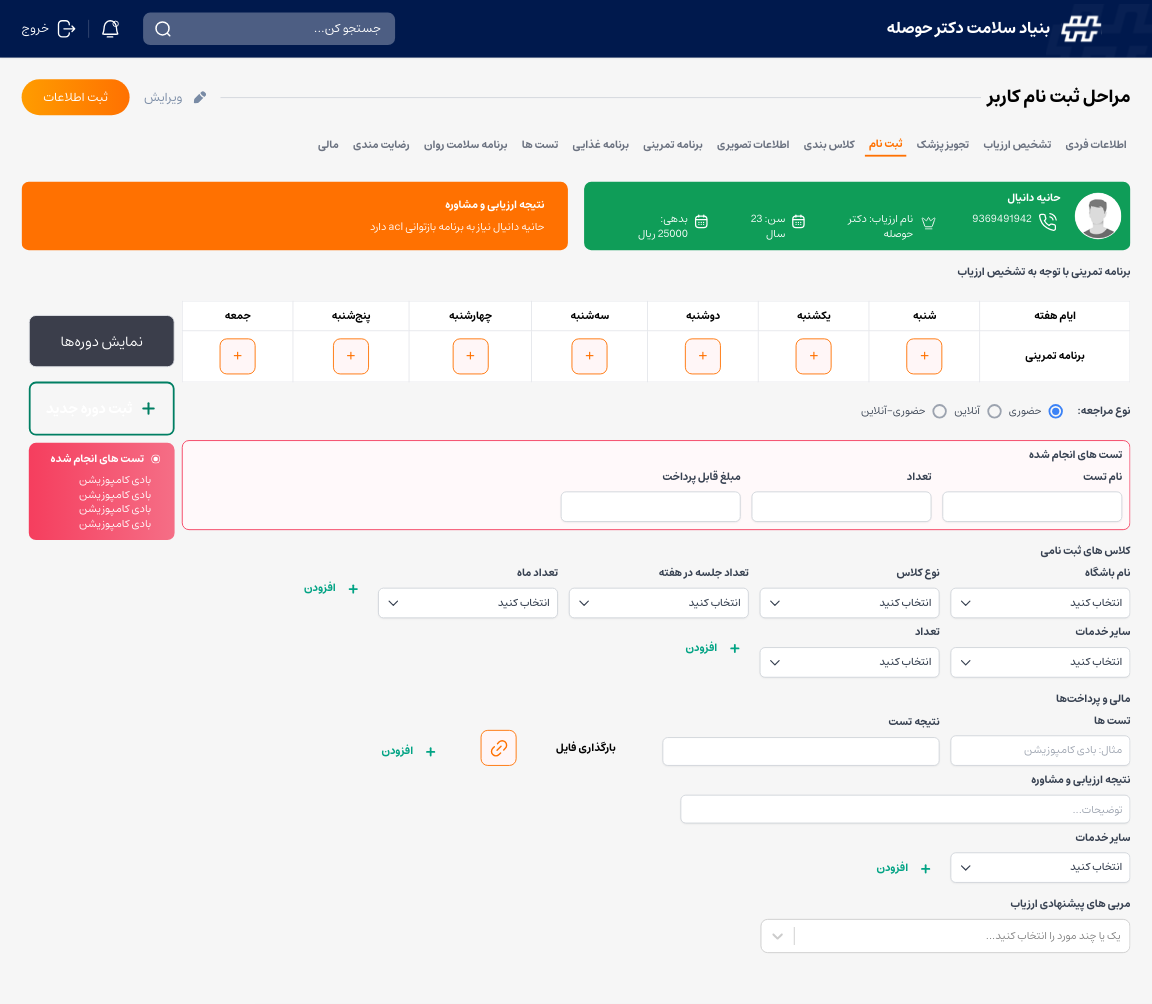
Repository: mirnajafi/ERP_hoseleh_V1.0
Page: /register, after clicking the first element matching `div.flex > :nth-child(4)`
An editor plug-in stored every save of this project. The page is shown before and after a run of saves, followed by the edit.
The browser window is 1280 px wide. The pictures show the whole page, at 90% of full size.
Some web fonts or font styles are not loaded; a fallback is used. The project was rebuilt for these pictures with package versions that can differ from the ones it lists, and the page was loaded fresh each time. The framework's server and built-in components were replaced by stand-ins that run in the browser. Also part of the build but not shown: next.config.mjs, src/components/icons/trash.tsx, src/components/weekTable/weekTable.css, src/components/icons/copy.tsx, src/components/recognitionEvaluator/recognitionEvaluator.tsx.

Above is the page before, as saved 2025-03-01 00:01:19.

### src/app/layout.tsx
/* eslint-disable @next/next/no-img-element */
import type { Metadata } from "next";
import Header from "@/components/layout/Header";
import "@/app/globals.css";


export const metadata: Metadata = {
  title: "دکتر حوصله",
  description: "بنیاد سلامت دکتر حوصله",
};

export default function RootLayout({ children }: { children: React.ReactNode }) {
  return (
    <html lang="fa" dir="rtl">
      <body className="bg-dashboard-bg min-h-screen">
        {/* Header includes SidebarToggle, so no need to add Sidebar separately */}
        <Header />
        {/* Main Content Area */}
        <main className="transition-all duration-300 mt-16 p-6">
          {children}
        </main>

      </body>
    </html>
  );
}

### src/app/globals.css
@tailwind base;
@tailwind components;
@tailwind utilities;

@font-face {
  font-family: 'Estedad';
  src: url('/fonts/Estedad-Regular.woff2') format('woff2');
  font-weight: normal;
  font-style: normal;
  font-display: swap;
}

@font-face {
  font-family: 'Estedad';
  src: url('/fonts/Estedad-Bold.woff2') format('woff2');
  font-weight: bold;
  font-style: normal;
  font-display: swap;
}

@font-face {
  font-family: 'Estedad';
  src: url('/fonts/Estedad-Medium.woff2') format('woff2');
  font-weight: 500;
  font-style: normal;
  font-display: swap;
}

@font-face {
  font-family: 'Estedad';
  src: url('/fonts/Light.woff2') format('woff2');
  font-weight: 400;
  font-style: normal;
  font-display: swap;
}

@layer base {
  html {
    font-family: 'Estedad'
  }
}

### src/components/registration/registration.tsx
import Select from "react-select/base";
import WeekTable from "../weekTable/weekTable";
import TransparentBtn from "../transparentBtn/transparentBtn";
import Dropdown from "../dropdown/dropdown";
import InputDescription from "../inputDescription/inputDescription";
import FileUploader from "../fileUploader/fileUploader";
import Input from "../input/input";
import InformationUserBox from "../informationUserBox/informationUserBox";
import { useState } from "react";
import ResultBox from "../resultBox/resultBox";
import PlusIcon from "../icons/plus";
import LeftSideBox from "../leftSideBox/leftSideBox";
import RadioButton from "../radioBtn/radioBtn";

const Registration = () => {

    const [selectedOptions, setSelectedOptions] = useState([]);


    const handleSelect = (option: string) => {
        console.log("انتخاب شده:", option);
    };
    const handleFileUpload = (files: File[]) => {
        console.log("فایل‌های آپلود شده:", files);
    };

    const [selected, setSelected] = useState<string>("option1");


    const [selectedDay, setSelectedDay] = useState<string>("");

    const handleDaySelect = (day: string) => {
        setSelectedDay(day);
    };

    return (
        <div>
            <div className="w-full flex flex-row">
                <InformationUserBox name="حانیه دانیال" age="23" phoneNumber={'9369491942'} evaluator="دکتر حوصله" debt="25000" imageSrc="/images/defaultUser.png" className="w-1/2 lg:ml-2" />
                <ResultBox resultText={"حانیه دانیال نیاز به برنامه بازتوانی acl دارد"} className="w-1/2 lg:mr-2" />
            </div>



            <div className="flex flex-row  my-4 items-center">
                <label className="mb-2 text-xs font-bold text-gray-700 ml-2">برنامه تمرینی با توجه به تشخیص ارزیاب</label>

            </div>

            <div className="w-full flex flex-row">

                <div className="w-full flex flex-col">
                    <WeekTable
                        apiUrl="https://api.majidvalizadeh.com/jalali/next7"
                        selectedDay={selectedDay}
                        onDaySelect={handleDaySelect}
                    />
                    <div className="flex flex-row my-4">
                        <label className="my-2 text-xs font-bold text-gray-700 ml-4">نوع مراجعه:</label>
                        <RadioButton
                            label="حضوری"
                            name="options"
                            value="option1"
                            checked={selected === "option1"}
                            onChange={setSelected}
                        />
                        <RadioButton
                            label="آنلاین"
                            name="options"
                            value="option2"
                            checked={selected === "option2"}
                            onChange={setSelected}
                        />
                        <RadioButton
                            label="حضوری-آنلاین"
                            name="options"
                            value="option3"
                            checked={selected === "option3"}
                            onChange={setSelected}
                        />
                    </div>


                    <div className="w-full xl:py-2 my-0  flex flex-col  border border-[#F53E5E] rounded-[8px] p-[8px] bg-[#FFF9FA]">
                        <label className="text-xs font-bold text-gray-700 ml-4">تست های انجام شده</label>

                        <div className="flex flex-row">
                            <Input
                                label="نام تست"
                                type="text"
                                value={''}
                                onChange={() => { }}
                                placeholder=""
                            />
                            <Input
                                label="تعداد "
                                type="text"
                                value={''}
                                onChange={() => { }}
                                placeholder=""
                            />

                            <Input
                                label="مبلغ قابل پرداخت"
                                type="text"
                                value={''}
                                onChange={() => { }}
                                placeholder=""
                            />
                        </div>
                    </div>

                    <div className="flex flex-col  w-full xl:items-start xl:justify-right ">
                        <label className="text-xs font-bold text-gray-700 ml-4 mt-4">کلاس های ثبت نامی</label>
                        <div className="w-full flex flex-row items-start">
                            <Dropdown
                                label=" نام باشگاه"
                                options={["گزینه 1", "گزینه 2", "گزینه 3"]}
                                onSelect={handleSelect}
                            />
                            <Dropdown
                                label="نوع کلاس"
                                options={["گزینه 1", "گزینه 2", "گزینه 3"]}
                                onSelect={handleSelect}
                            />
                            <Dropdown
                                label="تعداد جلسه در هفته"
                                options={["گزینه 1", "گزینه 2", "گزینه 3"]}
                                onSelect={handleSelect}
                            />
                            <Dropdown
                                label="تعداد ماه"
                                options={["گزینه 1", "گزینه 2", "گزینه 3"]}
                                onSelect={handleSelect}
                            />
                            <TransparentBtn label='افزودن' />
                        </div>
                    </div>

                    <div className="flex flex-col  w-full xl:items-start xl:justify-right ">
                        <div className="w-full flex flex-row items-start">
                            <Dropdown
                                label="سایر خدمات"
                                options={["گزینه 1", "گزینه 2", "گزینه 3"]}
                                onSelect={handleSelect}
                            />

                            <Dropdown
                                label="تعداد"
                                options={["گزینه 1", "گزینه 2", "گزینه 3"]}
                                onSelect={handleSelect}
                            />
                            <TransparentBtn label='افزودن' />
                        </div>
                    </div>


                    <label className="text-xs font-bold text-gray-700 ml-4 mt-4">مالی و پرداخت‌ها</label>

                    <div className="">
                        <div className=""></div>


                    </div>

                </div>

                <div className="w-1/6 p-2 flex flex-col">
                    <button className="bg-[#3B3E4B] text-white p-4 w-full border rounded-[8px] my-2">نمایش دوره‌ها</button>
                    <button className="bg-transparent text-[#007F63] text-white p-4 w-full border-2 border-[#007F63] rounded-[8px] flex items-center justify-center font-bold my-2"><PlusIcon width={20} height={20} /> ثبت دوره جدید</button>
                    <LeftSideBox title={"تست های انجام شده"} test1={"بادی کامپوزیشن"} />
                </div>
            </div>


            {/* <div className="flex flex-col  w-ful xl:w-1/3">
                <label className="mb-2 text-xs font-bold text-gray-700">تمرکز روی کدام قسمت بدن؟</label>
                <Select
                    isMulti
                    options={[
                        { value: "apple", label: "سیب" },
                        { value: "banana", label: "موز" },
                        { value: "orange", label: "پرتقال" },
                        { value: "grape", label: "انگور" },
                        { value: "watermelon", label: "هندوانه" },
                    ]}
                    value={selectedOptions}
                    onChange={setSelectedOptions}
                    placeholder="یک یا چند مورد را انتخاب کنید..."
                    noOptionsMessage={() => "موردی یافت نشد"}
                    isClearable
                    isSearchable
                    className="text-xs "
                    styles={{
                        control: (base) => ({
                            ...base,
                            borderRadius: "8px",
                            borderColor: "#ccc",
                            boxShadow: "none",
                            "&:hover": { borderColor: "#888" },
                        }),
                    }}
                />
            </div> */}
            <div className="flex flex-col xl:flex-row w-full xl:items-end xl:justify-right ">
                <Input
                    label="تست ها"
                    type="text"
                    value={''}
                    onChange={() => { }}
                    placeholder="مثال: بادی کامپوزیشن "
                />
                <InputDescription
                    label="نتیجه تست"
                    value={''}
                    placeholder=""
                    className="xl:w-1/4 max-w-[500px]"
                />

                <FileUploader onFileUpload={handleFileUpload} accept="image/*" multiple />
                <TransparentBtn label='افزودن' />
            </div>
            <div className="flex flex-col xl:flex-row w-full xl:items-end xl:justify-right ">

                <InputDescription
                    label="نتیجه ارزیابی و مشاوره"
                    value={''}
                    placeholder="توضیحات..."
                    className="xl:w-1/2 max-w-[500px]"
                    height="h-24"
                />

            </div>


            <div className="flex flex-col xl:flex-row w-full xl:items-end xl:justify-right ">
                <Dropdown
                    label="سایر خدمات"
                    options={["گزینه 1", "گزینه 2", "گزینه 3"]}
                    onSelect={handleSelect}
                />
                <TransparentBtn label='افزودن' />

            </div>
            <div className="flex flex-col  w-ful xl:w-1/3 my-4">
                <label className="mb-2 text-xs font-bold text-gray-700">مربی های پیشنهادی ارزیاب</label>
                <Select
                    isMulti
                    options={[
                        { value: "apple", label: "سیب" },
                        { value: "banana", label: "موز" },
                        { value: "orange", label: "پرتقال" },
                        { value: "grape", label: "انگور" },
                        { value: "watermelon", label: "هندوانه" },
                    ]}
                    value={selectedOptions}
                    onChange={setSelectedOptions}
                    placeholder="یک یا چند مورد را انتخاب کنید..."
                    noOptionsMessage={() => "موردی یافت نشد"}
                    isClearable
                    isSearchable
                    className="text-xs "
                    styles={{
                        control: (base) => ({
                            ...base,
                            borderRadius: "8px",
                            borderColor: "#ccc",
                            boxShadow: "none",
                            "&:hover": { borderColor: "#888" },
                        }),
                    }}
                />
            </div>


        </div>
    )

}
export default Registration;

### src/components/SearchInput/SearchInput.tsx
/* eslint-disable @next/next/no-img-element */
"use client";

interface SearchInputProps {
  placeholder?: string;
  className?: string;
}

export default function SearchInput({ placeholder = "جستجو کن...", className = "" }: SearchInputProps) {
  return (
    <div className="relative w-[280px]">
      <input
        type="text"
        placeholder={placeholder}
        className={`w-full h-9 bg-white bg-opacity-30 rounded-lg px-4 text-white placeholder:text-white text-sm focus:outline-none ${className}`}
      />
      <img
        src="/icons/left-icon.svg"
        alt="search"
        className="absolute left-2 top-1/2 -translate-y-1/2 w-7 h-7 brightness-0 invert"
      />
    </div>
  );
}

### src/components/formHeader/formHeader.css
.customeGradient{
    background: linear-gradient(270deg, #FF7101 0%, #FF9C00 100%);
    color: white;
    border-radius: 50px;
    padding:  10px 24px;
}

### src/components/transparentBtn/transparentBtn.tsx
'use client'; // اضافه کردن این خط برای فعال کردن کامپوننت در Client-side

import React from "react";

interface BtnProps {
    label: string;
}

const TransparentBtn: React.FC<BtnProps> = ({ label }) => {

    return (
        <div className="w-250px text-[#01A384] h-full flex xl:items-center xl:justify-center">
            <button className="flex flex-row p-2  h-full flex items-center justify-center font-bold text-xs
">
                <svg width="15" height="15" viewBox="0 0 14 15" fill="none" xmlns="http://www.w3.org/2000/svg" className="ml-3">
                    <path d="M7 3.41666V11.5833" stroke="#01A384" stroke-width="2" stroke-linecap="round" stroke-linejoin="round" />
                    <path d="M2.91602 7.5H11.0827" stroke="#01A384" stroke-width="2" stroke-linecap="round" stroke-linejoin="round" />
                </svg>
                {label}
            </button>
        </div>
    );
};

export default TransparentBtn;

### src/components/inputDescription/inputDescription.tsx
'use client';  // اضافه کردن این خط برای فعال کردن کامپوننت در Client-side

import React from "react";

interface InputProps {
  label: string;
  value: string;
  placeholder?: string;
  required?: boolean;
  className?: string;
  height?:string;
}

const InputDescription: React.FC<InputProps> = ({
  label,
  value,
  placeholder,
  required = false,
  className = "",
  height
}) => {
  return (
    <div className={`w-full xl:w-1/2 ml-3 max-w-[500px] ${className}`}>
      <label className="block text-xs text-gray-700 mb-2 mt-4 xl:my-2 font-bold font-bold">{label}</label>

      <textarea
        value={value}
        placeholder={placeholder}
        required={required}
        className={`block w-full h-8 ${height} p-2 resize-none max-w-200 overflow-hidden text-xs border border-gray-300 rounded-md shadow-sm focus:outline-none focus:ring-2 focus:ring-indigo-500 focus:border-indigo-500`}
      />
    </div>
  );
};

export default InputDescription;

### src/components/resultBox/resultBox.tsx
'use client';

import React from "react";
import './resultBox.css';


interface ResultBoxProps {
    resultText: string;
    className?: string;
}

const ResultBox: React.FC<ResultBoxProps> = ({
    resultText,
    className
}) => {
    return (
        <div className={`w-full flex flex-col lg:flex-row containResultBox text-xs ${className}`}>
            <div className="flex flex-col mr-4">
                <div className="font-bold">نتیجه ارزیابی و مشاوره</div>
                <div className="flex flex-col justify-center items-start lg:flex-row mt-2">
                    <span className="ml-10 flex flex-row-reverse">{resultText}</span>
                </div>
            </div>
        </div>
    );
};

export default ResultBox;

### src/components/icons/plus.tsx
'use client';

import React from "react";

interface IconProps {
    width?: number;
    height?: number;
    color?: string;
}

const PlusIcon: React.FC<IconProps> = ({ width, height }) => {
    return (
        <svg width={width} height={height} viewBox="0 0 36 36" fill="none" className="ml-2" xmlns="http://www.w3.org/2000/svg">
        <path d="M18 7.5V28.5" stroke="#007F63" stroke-width="4" stroke-linecap="round" stroke-linejoin="round"/>
        <path d="M7.5 18H28.5" stroke="#007F63" stroke-width="4" stroke-linecap="round" stroke-linejoin="round"/>
        </svg>


    );
};

export default PlusIcon;

### src/components/radioBtn/radioBtn.tsx
import React from "react";

interface RadioButtonProps {
  label: string;
  name: string;
  value: string;
  checked: boolean;
  onChange: (value: string) => void;
}

const RadioButton: React.FC<RadioButtonProps> = ({ label, name, value, checked, onChange }) => {
  return (
    <label className="flex items-center space-x-2 cursor-pointer text-xs">
      <input
        type="radio"
        name={name}
        value={value}
        checked={checked}
        onChange={() => onChange(value)}
        className="hidden"
      />
      <div
        className={`w-4 h-4 rounded-full border-2 ${
          checked ? "border-blue-500" : "border-gray-400"
        } flex items-center justify-center transition-all`}
      >
        {checked && <div className="w-2 h-2 bg-blue-500 rounded-full" />}
      </div>
      <span className="text-gray-700">{label}</span>
    </label>
  );
};

export default RadioButton;

### src/components/icons/uploader.tsx
'use client';

import React from "react";

interface IconProps {
    width?: number;
    height?: number;
    color?: string;
}

const UploaderIcon: React.FC<IconProps> = ({ width, height }) => {
    return (<svg width={width} height={height} viewBox="0 0 24 24" fill="none" xmlns="http://www.w3.org/2000/svg">
        <path d="M14.1211 9.87866L9.87845 14.1213" stroke="#FF7101" stroke-width="1.5" stroke-linecap="round" />
        <path d="M10.334 7.00003L12.0006 5.33336C13.8416 3.49239 16.8264 3.49239 18.6673 5.33335V5.33335C20.5083 7.17431 20.5083 10.1591 18.6673 12.0001L17.0007 13.6667" stroke="#FF7101" stroke-width="1.5" stroke-linecap="round" />
        <path d="M13.666 17L11.9994 18.6666C10.1584 20.5076 7.17362 20.5076 5.33266 18.6666V18.6666C3.4917 16.8257 3.4917 13.8409 5.33266 11.9999L6.99934 10.3333" stroke="#FF7101" stroke-width="1.5" stroke-linecap="round" />
    </svg>
    );
};

export default UploaderIcon;

### src/components/informationUserBox/informationUserBox.css
.containInfoBox {
  background: #0f9d58;
  color: white;
  justify-content: right;
  align-items: center;
  padding: 10px;
  border-radius: 8px;
}
.imageUser {
  border-radius: 100%;
}

### src/components/resultBox/resultBox.css
.containResultBox {
  background: #FF7101;
  color: white;
  justify-content: right;
  align-items: center;
  padding: 10px;
  border-radius: 8px;
  margin-right: 10px;
}

### src/components/leftSideBox/leftSideBox.css
.containLeftSideBox {
  background: linear-gradient(270deg, #F56E86 0%, #F53E5E 100%);
  color: white;
  justify-content: right;
  align-items: center;
  padding: 10px;
  border-radius: 8px;
}
.special-margin{
  margin-right: -10px;
}

### src/components/icons/circle.tsx

'use client';

import React from "react";

interface IconProps {
    width?: number;
    height?: number;
    color?: string;
}

const CircleIcon: React.FC<IconProps> = ({ width = 21, height = 22 }) => {
    return (
        <svg width={width} height={height} viewBox="0 0 12 12" className="ml-2" fill="none" xmlns="http://www.w3.org/2000/svg">
            <rect width="12" height="12" rx="6" fill="white" />
            <rect x="2" y="2" width="8" height="8" rx="4" fill="white" />
            <rect x="2" y="2" width="8" height="8" rx="4" stroke="#F56B84" stroke-width="2" />
        </svg>

    );
};

export default CircleIcon;

### tailwind.config.ts
import type { Config } from "tailwindcss";

const config: Config = {
  content: [
    "./src/pages/**/*.{js,ts,jsx,tsx,mdx}",
    "./src/components/**/*.{js,ts,jsx,tsx,mdx}",
    "./src/containers/**/*.{js,ts,jsx,tsx,mdx}",
    "./src/app/**/*.{js,ts,jsx,tsx,mdx}",
  ],
  theme: {
    extend: {
      colors: {
        "deep-blue": "#1E3A8A",
        "green": "#8BC34A",
        "orange": "#F97316",
        "red": "#E02D40",
        "yellow": "#FBBF24",
        background: "var(--background)",
        foreground: "var(--foreground)",
        secondry: {
          blue: {
            900: "#00194D",
          },
        },
        primery: {
          600: "#FF7101"
        },
        dashboard: {
          bg: "#F6F6F6"
        }
      },
    },
  },
  plugins: [],
};
export default config;

Loaded but not shown: src/components/personalInfo/personalInfo.tsx (302 lines, source omitted); src/components/weekTable/weekTable.tsx (87 lines, source omitted); src/components/dropdown/dropdown.tsx (69 lines, source omitted); src/components/icons/evaluator.tsx (26 lines, source omitted); src/components/inputDate/inputDate.tsx (67 lines, source omitted); src/components/informationUserBox/informationUserBox.tsx (61 lines, source omitted); src/components/icons/calendar.tsx (35 lines, source omitted); src/components/icons/phoneNumber.tsx (20 lines, source omitted); src/components/formHeader/formHeader.tsx (32 lines, source omitted); src/components/fileUploader/fileUploader.tsx (54 lines, source omitted); src/components/layout/Header.tsx (44 lines, source omitted); src/app/register/page.tsx (48 lines, source omitted); src/components/leftSideBox/leftSideBox.tsx (35 lines, source omitted); src/components/input/input.tsx (40 lines, source omitted); src/components/formTab/formTab.tsx (38 lines, source omitted)

After the next 5 saves:
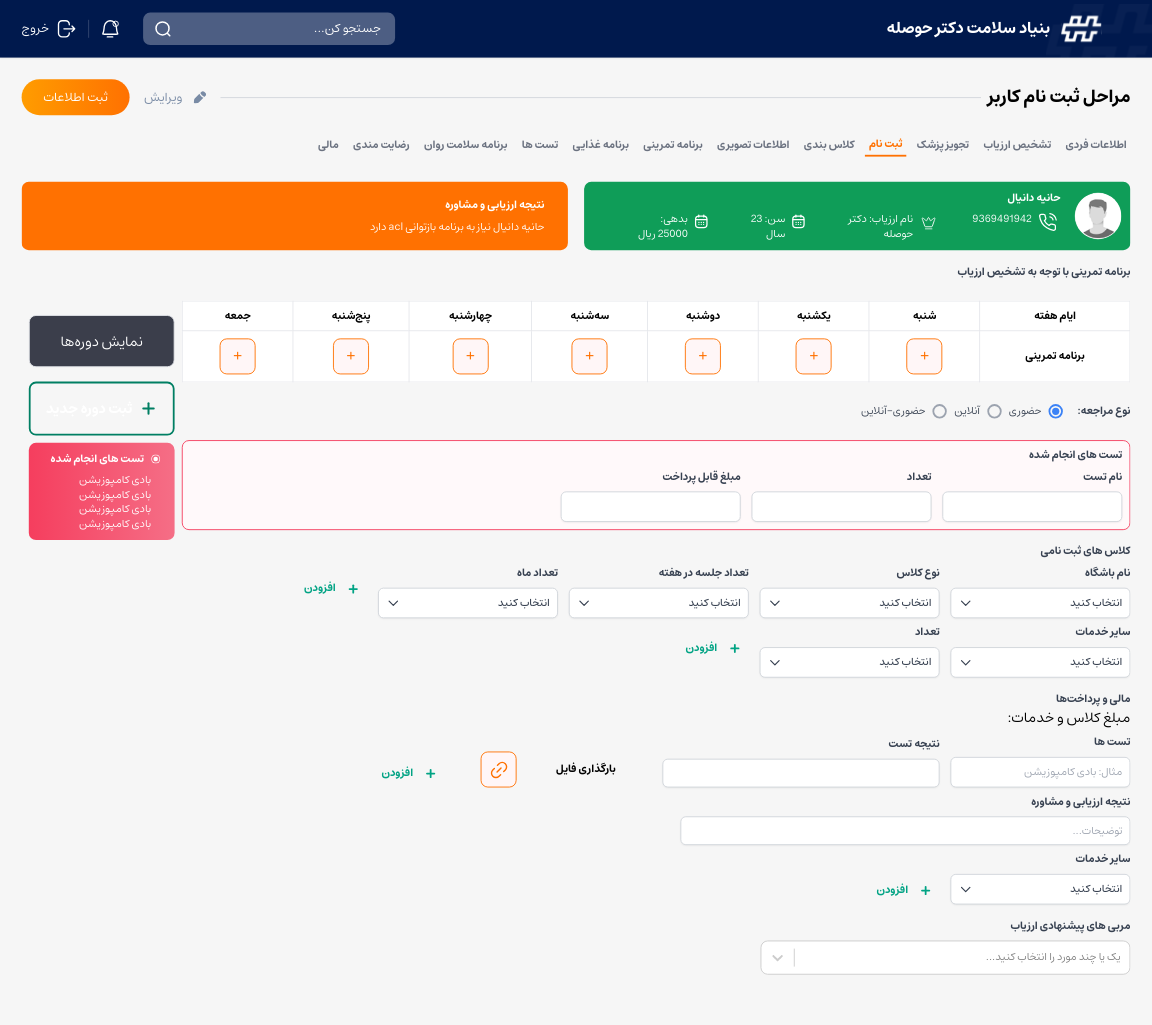
The 5 saves are shown as one change because 1 did not build or start and some came seconds apart.
The last was saved 24 s later.
--- a/src/components/registration/registration.tsx
+++ b/src/components/registration/registration.tsx
@@ -158,7 +158,7 @@ const Registration = () => {
                     <label className="text-xs font-bold text-gray-700 ml-4 mt-4">مالی و پرداخت‌ها</label>
 
                     <div className="">
-                        <div className=""></div>
+                        <div className=""><span>مبلغ کلاس و خدمات:</span><span></span></div>
 
 
                     </div>
